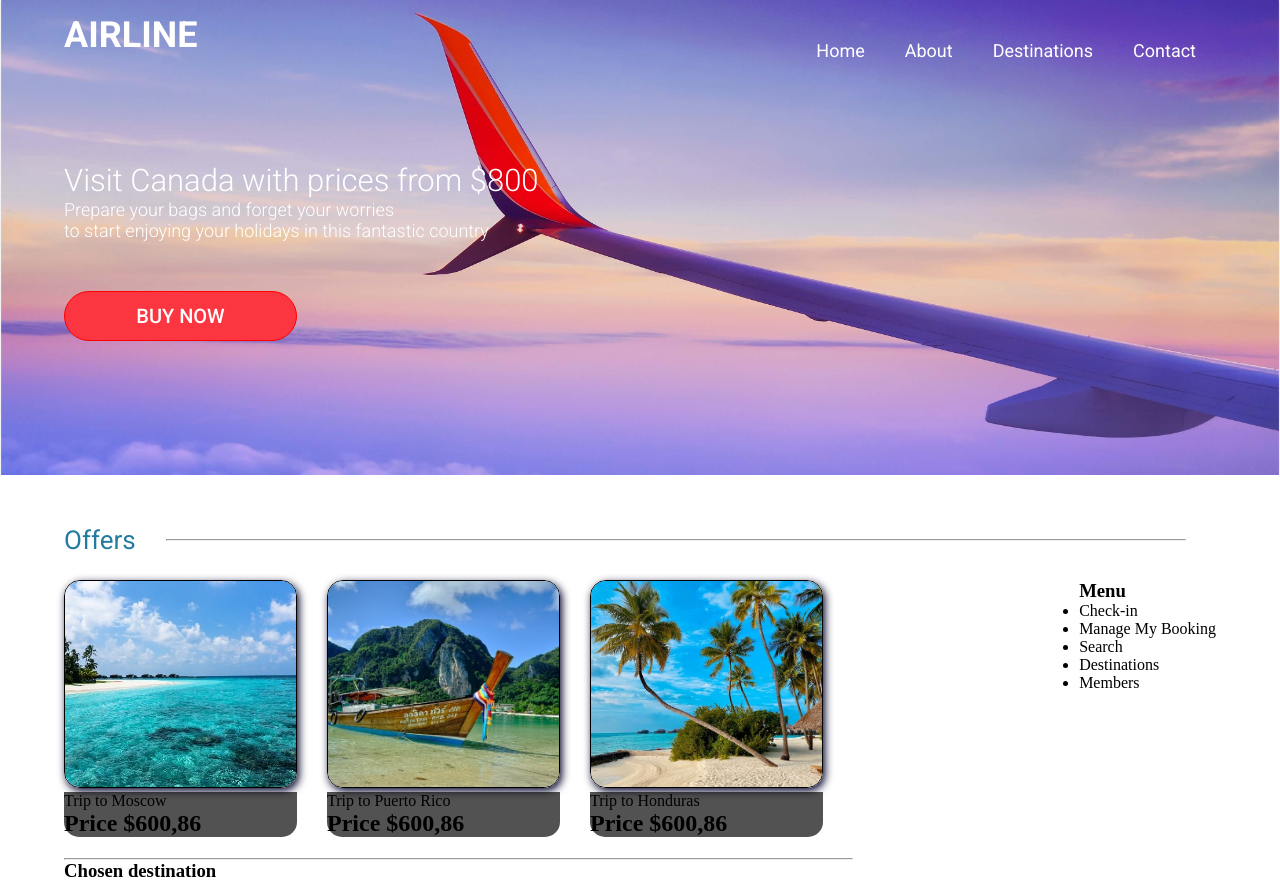
Repository: Cherced/AIRLINES
Page: /
These files come from the project's save history. The page is drawn as it stood at one moment and after the next save; the edit follows.
The browser window is 1280 px wide. The pictures show the whole page.
The project was rebuilt for these pictures with package versions that can differ from the ones it lists, and the page was loaded fresh each time. The framework's server and built-in components were replaced by stand-ins that run in the browser. Also part of the build but not shown: components/atoms/Footer/SocialMedia.jsx, components/atoms/Footer/MoreToUs.jsx, components/molecules/Footer.jsx.

Above is the page before, as saved 2022-06-30 14:31:09.

### pages/_app.js
import '../sass/global.scss'

function MyApp({ Component, pageProps }) {

    return <Component {...pageProps} />

  }

  export default MyApp

### pages/_document.js
import Document, { Html, Head, Main, NextScript } from 'next/document'

export default class MyDocument extends Document {
  render() {
    return (
      <Html>
        <Head />
        <body>
          <Main />
          <div id="myportal"></div>
          <NextScript />
        </body>
      </Html>
    )
  }
}

### pages/index.js
import React from 'react'
import { Banner } from '../components/molecules/Banner'
import { Offers } from '../components/molecules/Offers'
import {Footer} from '../components/molecules/Footer'

const Home = () => {
  return (
    <React.Fragment>
        <Banner/>
        <Offers/>
    </React.Fragment>
  )
}

export default Home

### sass/global.scss
@import "./settings";
@import "./Elements/banner";
@import "./Elements/offerts";

### components/molecules/Banner.jsx
import React from 'react'
import { Header } from '../atoms/BannerStaff/Header'
import { Promotion } from '../atoms/BannerStaff/Promotion'

export const Banner = () => {
  return (
    <main className="main-Banner--Container">
        <Header/>
        <Promotion/>
    </main>
  )
}

### components/molecules/Offers.jsx
import React from 'react'
import {TripsOffer} from '../atoms/Offerts/TripsOffer'
import { Menu } from '../atoms/Offerts/Menu'

export const Offers = () => {
  return (
    <section className="offers-Section--Container">
    <div className="offers-Title--Container">
        <h1>Offers</h1> <hr />
    </div>
    <div className="offers-BoxModel--Container">
        <div className="offers-BoxModel-Content">
        <TripsOffer/>
        <hr />
        <h3>Chosen destination</h3>
        </div>
        <Menu/>
    </div>
    </section>
  )
}

### sass/_settings.scss
//fonts:
@import url('https://fonts.googleapis.com/css2?family=Inter:wght@100;200;300;500;600;700;800;900&family=Roboto:ital,wght@0,100;0,300;0,400;0,500;0,700;0,900;1,100;1,300;1,400;1,500;1,700;1,900&display=swap');

$preSetFont: 'Roboto', sans-serif;

*{
    box-sizing: border-box;
    margin: 0;
    padding: 0;
}

### sass/Elements/_banner.scss
@import "../components/Banner/header";
@import "../components/Banner/promotion";

.main-Banner--Container{
    height: 475px;
    width: 100%;
    background-image: url("../../public/images/plane.jpg");
    background-size: cover;
    background-repeat: no-repeat;
    display: flex;
    flex-direction: column;
    align-items: center;
}

### sass/components/Banner/_header.scss
.header--Container {
    width: 90%;
    height: 70px;
    display: flex;
    align-items: center;
    justify-content: space-between;

    h1{
        font-family: $preSetFont;
        font-size: 36px;
        text-align: left;
        color: white;
        letter-spacing: 0px;
    }

    .navBar--Container {
        color: white;
        opacity: 1;

        .itmes-Navbar--Container {
            list-style: none;
            display: flex;
            height: 70px;

            li {
                width: auto;
                padding: 40px 20px 0 20px;

                a {
                    font-family: $preSetFont;
                    font-size: 18px;
                    letter-spacing: 0px;
                }

                a:hover {
                    border-bottom: 2px solid white;
                }
            }
        }
    }
}

### sass/components/Banner/_promotion.scss
.promotions--Container {
    height: 405px;
    width: 90%;
    display: flex;
    flex-direction: column;
    align-items: flex-start;
    margin-top: 92px;

    h1 {
        text-align: left;
        font-family: $preSetFont;
        font-size: 31px;
        font-weight: 300;
        letter-spacing: 0px;
        opacity: 1;
        color: white;
    }

    p {
        width: 440px;
        text-align: left;
        font-family: $preSetFont;
        font-size: 18px;
        font-weight: 300;
        letter-spacing: 0px;
        color: #FFFFFF;
        opacity: 1;
    }

    .buyNowBtn {
        margin-top: 50px;
        background: #FB3640;
        width: 233px;
        height: 50px;
        font-family: $preSetFont;
        text-align: center;
        font: normal normal 500 20px/24px Roboto;
        letter-spacing: 0px;
        color: #FFFFFF;
        opacity: 1;
        border-radius: 60px;
        border: 1px solid red;
    }
}

### sass/Elements/_offerts.scss
.offers-Section--Container {
    width: 100vw;
    display: flex;
    flex-direction: column;
    align-items: center;
    justify-content: center;

    .offers-Title--Container {
        padding-top: 65px;
        width: 90%;
        height: 50px;
        display: flex;
        align-items: center;

        h1 {
            color: #247BA0;
            text-align: left;
            font: normal normal 400 26px/32px Roboto;
            letter-spacing: 0px;
            color: #247BA0;
            opacity: 1;
        }

        hr {
            margin: 0 30px;
            width: 90%;
        }
    }

    .offers-BoxModel--Container {
        width: 90%;
        display: flex;
        justify-content: space-between;
        margin-top: 40px;

        .offers-BoxModel-Content {
            .promotional-Cards--Container {
                display: flex;
                margin-bottom: 70px;

                .promotionalCard {
                    width: 233px;
                    height: 208px;
                    border-radius: 60px;
                    margin-right: 30px;

                    img {
                        border: 1px solid black;
                        box-shadow: 2px 3px 8px #000029;
                        opacity: 1;
                        width: 100%;
                        height: 100%;
                        border-radius: 16px;
                        object-fit: cover;
                        z-index: -1;
                    }
                    .promotionalCard--Info{
                        position: relative ;
                        background: #000000AD 0% 0% no-repeat padding-box;
                        border-radius: 0px 0px 15px 15px;
                        opacity: 1;
                    }
                }
            }
        }
    }

}

### components/atoms/BannerStaff/Header.jsx
import React from 'react'

export const Header = () => {
  return (
    <header className="header--Container">
        <h1>AIRLINE</h1>
        <nav className="navBar--Container">
            <ul className="itmes-Navbar--Container">
                <li><a>Home</a></li>
                <li><a>About</a></li>
                <li><a>Destinations</a></li>
                <li><a>Contact</a></li>
            </ul>
        </nav>
    </header>
  )
}

### components/atoms/BannerStaff/Promotion.jsx
import React from 'react'

export const Promotion = () => {
  return (
    <div className="promotions--Container">
        <h1>Visit Canada with prices from $800</h1>
        <p>Prepare your bags and forget your worries</p>
        <p> to start enjoying your holidays in this fantastic country</p>
        <button className="buyNowBtn" type="button">BUY NOW</button>
    </div>
  )
}

### components/atoms/Offerts/TripsOffer.jsx
import React from 'react'

export const TripsOffer = () => {
  return (
    <div className="promotional-Cards--Container">
        <div className="promotionalCard">
            <img src="/images/moscow.jpg" alt="moscu"/>
            <div className="promotionalCard--Info">
                <p>
                Trip to Moscow
                </p>
                <h1>Price $600,86</h1>
            </div>
        </div>
        <div className="promotionalCard">
            <img src="/images/puerto-rico.jpg" alt="puerrtorro"/>
            <div className="promotionalCard--Info">
                <p>
                Trip to Puerto Rico
                </p>
                <h1>Price $600,86</h1>
            </div>
        </div>
        <div className="promotionalCard">
            <img src="/images/honduras.jpg" alt="honduras"/>
            <div className="promotionalCard--Info">
                <p>
                Trip to Honduras
                </p>
                <h1>Price $600,86</h1>
            </div>
        </div>
    </div>
  )
}

### components/atoms/Offerts/Menu.jsx
import React from 'react'

export const Menu = () => {
  return (
    <aside className="menuAside--Container">
        <h1>Menu</h1>
        <ul className="menuAside-Navbar--Container">
            <li>Check-in</li>
            <li>Manage My Booking</li>
            <li>Search</li>
            <li>Destinations</li>
            <li>Members</li>
        </ul>
    </aside>
  )
}

After the next save:
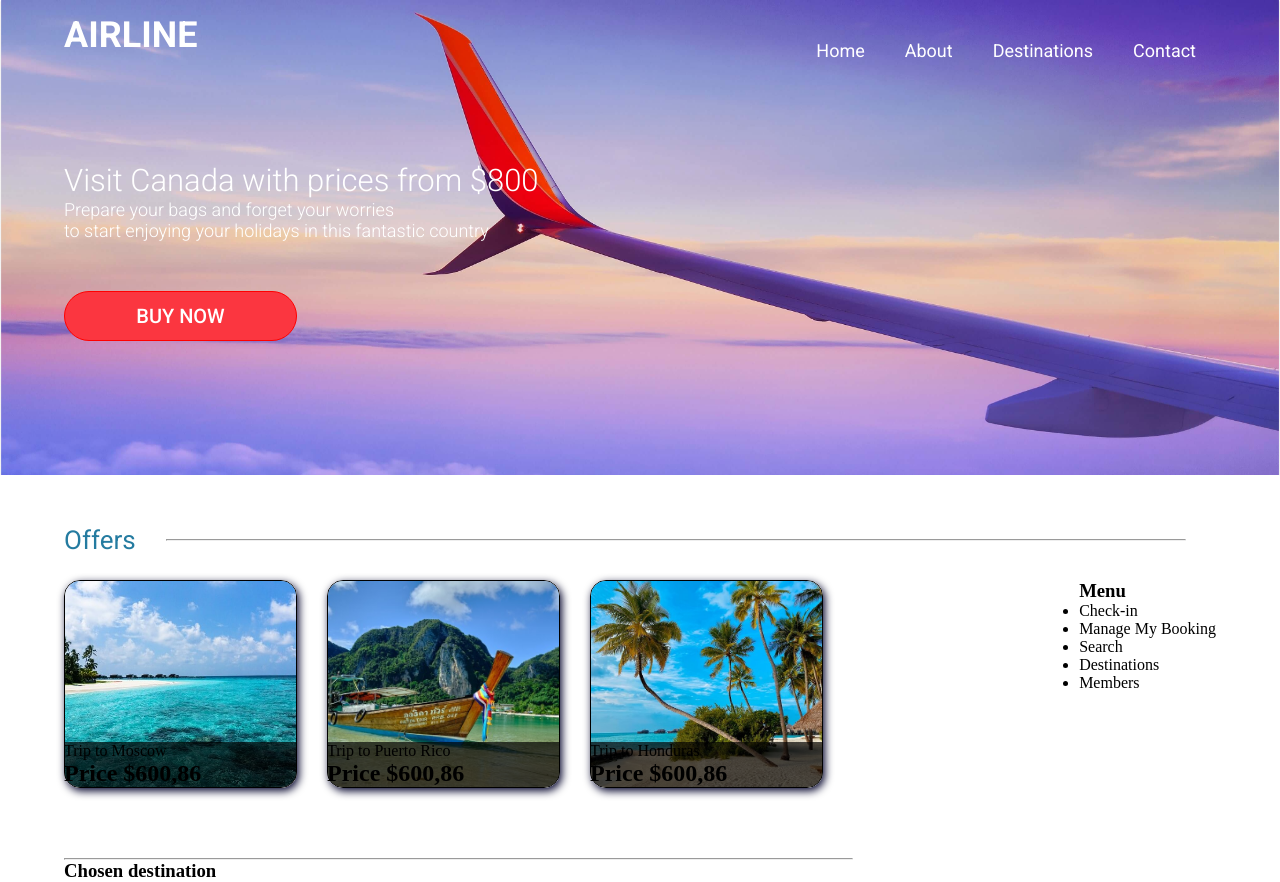
Saved 41 s later.
--- a/sass/Elements/_offerts.scss
+++ b/sass/Elements/_offerts.scss
@@ -55,8 +55,9 @@
                         z-index: -1;
                     }
                     .promotionalCard--Info{
-                        position: relative ;
-                        background: #000000AD 0% 0% no-repeat padding-box;
+                        position: relative;
+                        top: -50px;
+                        background: rgba(0, 0, 0, 0.6784313725) 0% 0% no-repeat padding-box;
                         border-radius: 0px 0px 15px 15px;
                         opacity: 1;
                     }
